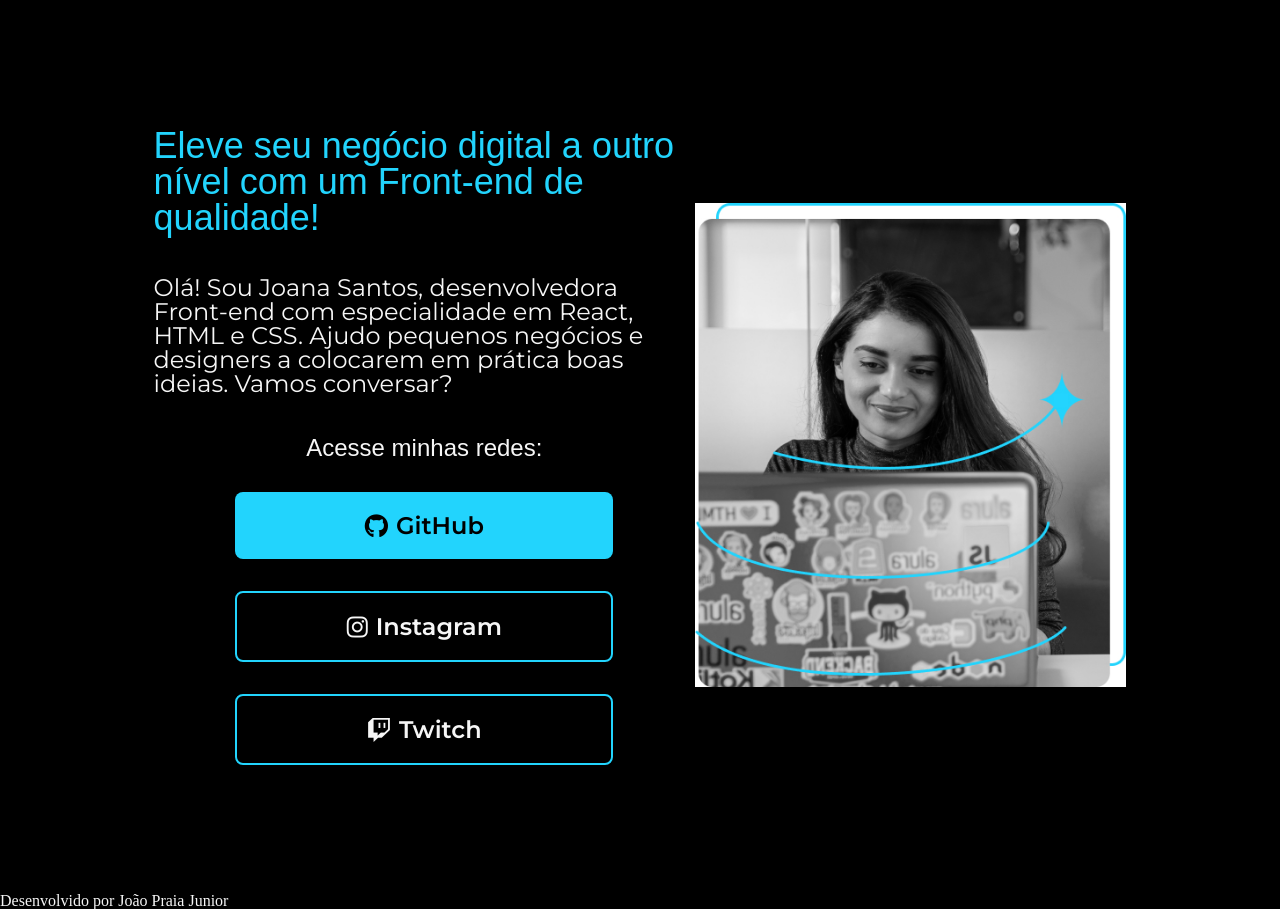
Repository: joaoPraiaJunior/html-basico
Page: index.html
The author's editor kept a copy of each file at every save. The page is drawn from the files as they stood at one save, then again after the next save.
The browser window is 1280 px wide. The pictures show the whole page.
Some web fonts or font styles are not loaded; a fallback is used. Some web libraries are served in a nearby version.

Above is the page before, as saved 2024-06-06 21:00:34.

### index.html
<!DOCTYPE html>
<html lang="pt-BR" dir="ltr">
  <head>
    <meta charset="UTF-8" />
    <meta http-equiv="X-UA-Compatible" content="IE=edge" />
    <meta name="viewport" content="width=device-width, initial-scale=1.0" />
    <title>Portifólio</title>
    <link rel="stylesheet" href="css/reset.css" />
    <link rel="stylesheet" href="css/style.css" />
  </head>
  <body>
    <header></header>
    <main class="apresentacao">
      <section class="apresentacao__conteudo">
        <h1 class="apresentacao__titulo">
          Eleve seu negócio digital a outro nível com um Front-end de qualidade!
        </h1>
        <p class="apresentacao__texto">
          Olá! Sou Joana Santos, desenvolvedora Front-end com especialidade em
          React, HTML e CSS. Ajudo pequenos negócios e designers a colocarem em
          prática boas ideias. Vamos conversar?
        </p>
        <div class="apresentacao__links">
          <h2 class="apresentacao__subtitulo">Acesse minhas redes:</h2>
          <a class="apresentacao__link" href="https://github.com/joaoPraiaJunior"><i class="fa-brands fa-github"></i> <span>GitHub</span></a>
          <a class="apresentacao__link apresentacao__link--transparente" href="https://www.instagram.com/joaopraiajunior/"><i class="fa-brands fa-instagram"></i> <span>Instagram</span></a>
          <a class="apresentacao__link apresentacao__link--transparente" href="http://"><i class="fa-brands fa-twitch"></i> <span>Twitch</span></a>
        </div>
      </section>
      <section class="apresentacao__imagem">
        <img src="images/Imagem.jpg" alt="foto da joana santos programando!" />
      </section>
    </main>
    <footer class="rodape"><P>Desenvolvido por João Praia Junior</P></footer>
  </body>
  <script src="https://kit.fontawesome.com/c4ee7a6e8c.js" crossorigin="anonymous"></script>
</html>

### css/reset.css
/* http://meyerweb.com/eric/tools/css/reset/
   v2.0 | 20110126
   License: none (public domain)
*/

* {
    box-sizing: border-box;
}

html, body, div, span, applet, object, iframe,
h1, h2, h3, h4, h5, h6, p, blockquote, pre,
a, abbr, acronym, address, big, cite, code,
del, dfn, em, img, ins, kbd, q, s, samp,
small, strike, strong, sub, sup, tt, var,
b, u, i, center,
dl, dt, dd, ol, ul, li,
fieldset, form, label, legend,
table, caption, tbody, tfoot, thead, tr, th, td,
article, aside, canvas, details, embed,
figure, figcaption, footer, header, hgroup,
menu, nav, output, ruby, section, summary,
time, mark, audio, video {
	margin: 0;
	padding: 0;
	border: 0;
	font: inherit;
	vertical-align: baseline;
}
/* HTML5 display-role reset for older browsers */
article, aside, details, figcaption, figure,
footer, header, hgroup, menu, nav, section {
	display: block;
}
body {
	line-height: 1;
}
ol, ul {
	list-style: none;
}
blockquote, q {
	quotes: none;
}
blockquote:before, blockquote:after,
q:before, q:after {
	content: '';
	content: none;
}
table {
	border-collapse: collapse;
	border-spacing: 0;
}

### css/style.css
@import url('https://fonts.googleapis.com/css2?family=Krona+One&family=Montserrat:wght@400;600&display=swap');

html {
  font-size: 62.5%;
}

body {
  color: #f6f6f6;
  background-color: #000;
  font-size: 1.6rem;
  height: 100vh;
}

.apresentacao {
  margin: 10% 12%;
  display: flex;
  justify-content: space-between;
  align-items: center;
}

.apresentacao__conteudo {
  display:flex;
  flex-direction: column;
  width: 615px;
  gap: 40px;
}

.apresentacao__titulo {
  color: #22d4fd;
  font-family: 'Krona One', sans-serif;
  font-size: 3.6rem;
}

.apresentacao__subtitulo{
  font-family: 'Krona One', sans-serif;
  font-size: 2.4rem;
  font-weight: 400;
}

.apresentacao__texto {
  font-family: 'Montserrat', sans-serif;
  font-size: 2.4rem;
}

.apresentacao__links {
  display: flex;
  flex-direction: column;
  justify-content: space-between;
  align-items: center;
  row-gap: 32px;
}

.apresentacao__link {
  display:flex;
  justify-content: center;
  column-gap: 8px;
  color: #000;
  background-color: #22d4fd;
  font-family: 'Montserrat', sans-serif;
  font-size: 2.4rem;
  font-weight: 600;
  padding: 21.5px 0;
  width: 378px;
  border-radius: 8px;
  text-align: center;
  text-decoration: none;
}

.apresentacao__link--transparente {
  color: #f6f6f6;
  background-color: transparent;
  border: 2px solid #22d4fd;
  transition: all .5s ease-in-out;
}

.apresentacao__link--transparente:hover {
  background-color: #272727;
}

.apresentacao__link--transparente .fa-brands {
  transition: color .5s ease-in-out;
}

.apresentacao__link--transparente:hover .fa-brands {
  color: #22d4fd;
}

.apresentacao__imagem img {
  max-width: 100%;
}

After the next save:
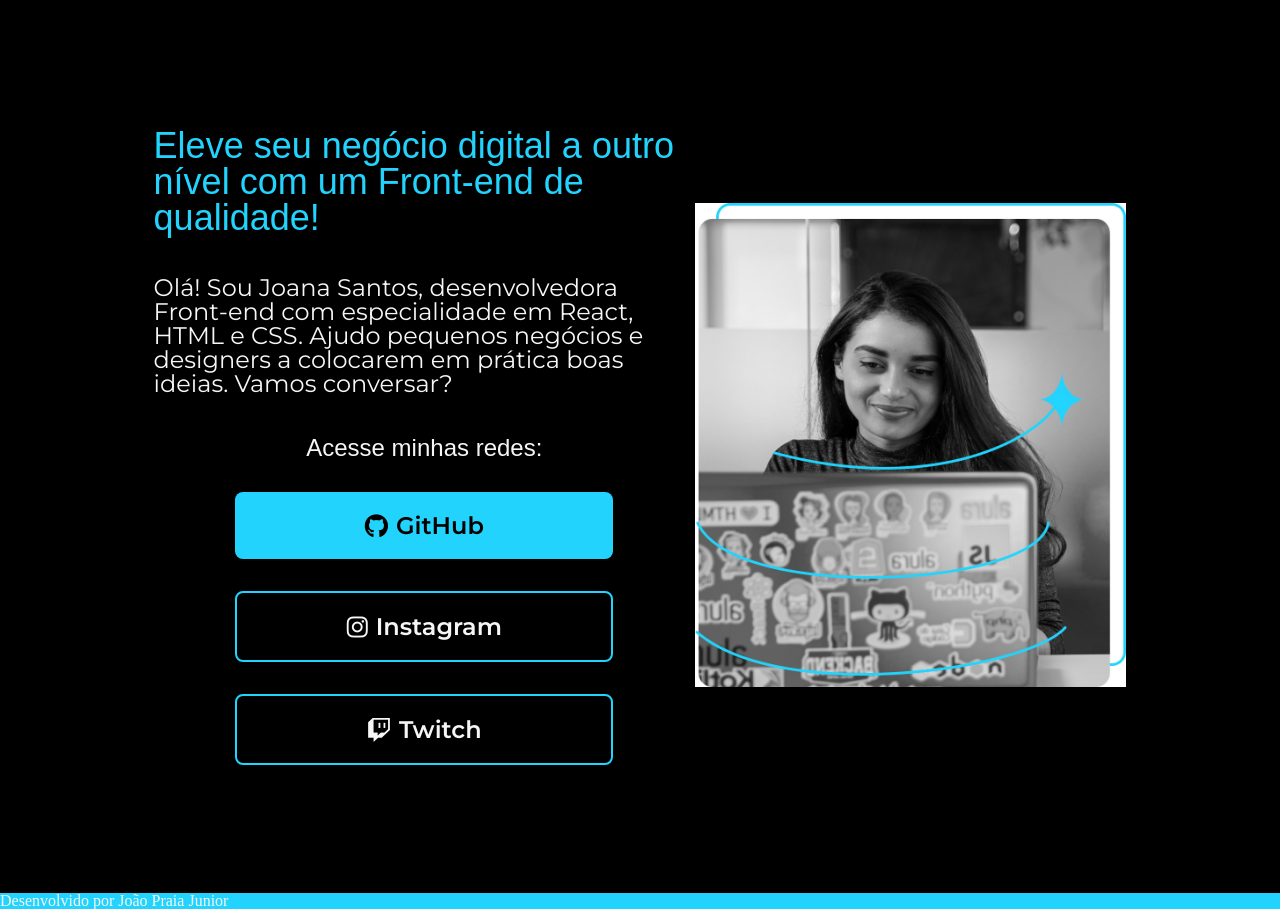
Saved 27 s later.
--- a/css/style.css
+++ b/css/style.css
@@ -88,3 +88,8 @@
 .apresentacao__imagem img {
   max-width: 100%;
 }
+
+
+.rodape {
+  background-color: #22d4fd;
+}
